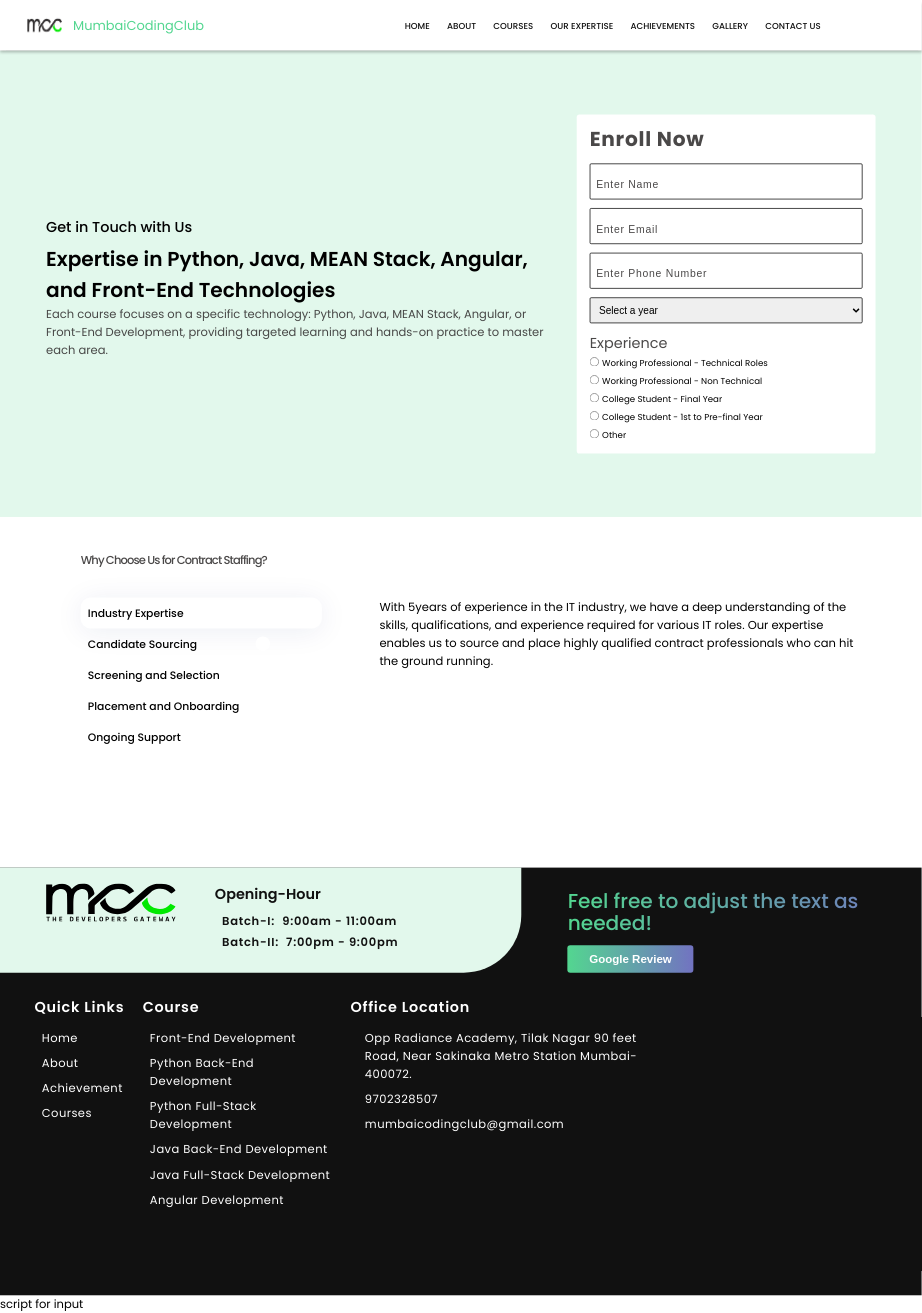
Repository: msmsa2001/mcc-theme
Page: contact.html
These files come from the project's save history. The page is drawn as it stood at one moment and after the next save; the edit follows.
The browser window is 1280 px wide. The pictures show the whole page, at 72% of full size.
Pictures or frames that could not be fetched are drawn as grey boxes.

Above is the page before, as saved 2024-07-26 02:33:12.
Console error: TypeError: Cannot read properties of null (reading 'querySelector')

After the next save:
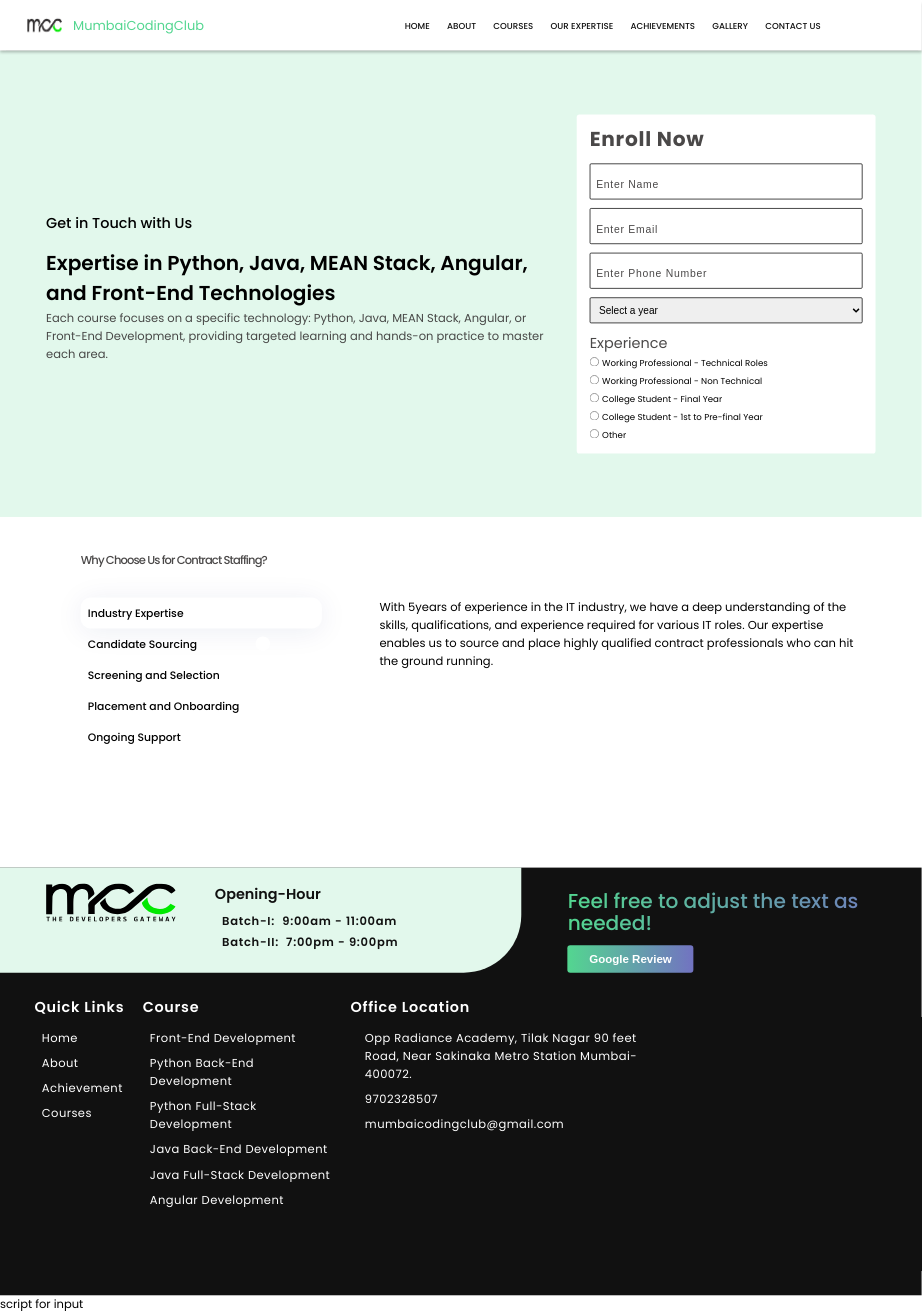
Saved 25 s later.
--- a/contact.css
+++ b/contact.css
@@ -37,7 +37,7 @@ body{
 .container1 .sec1 h3{
     font-size: var(--font-size1);
     font-weight: 500;
-    margin: 10px 0;
+    margin: 10px 0 20px;
 }
 .container1 .sec1 p{
     color: var(--black-color1);
